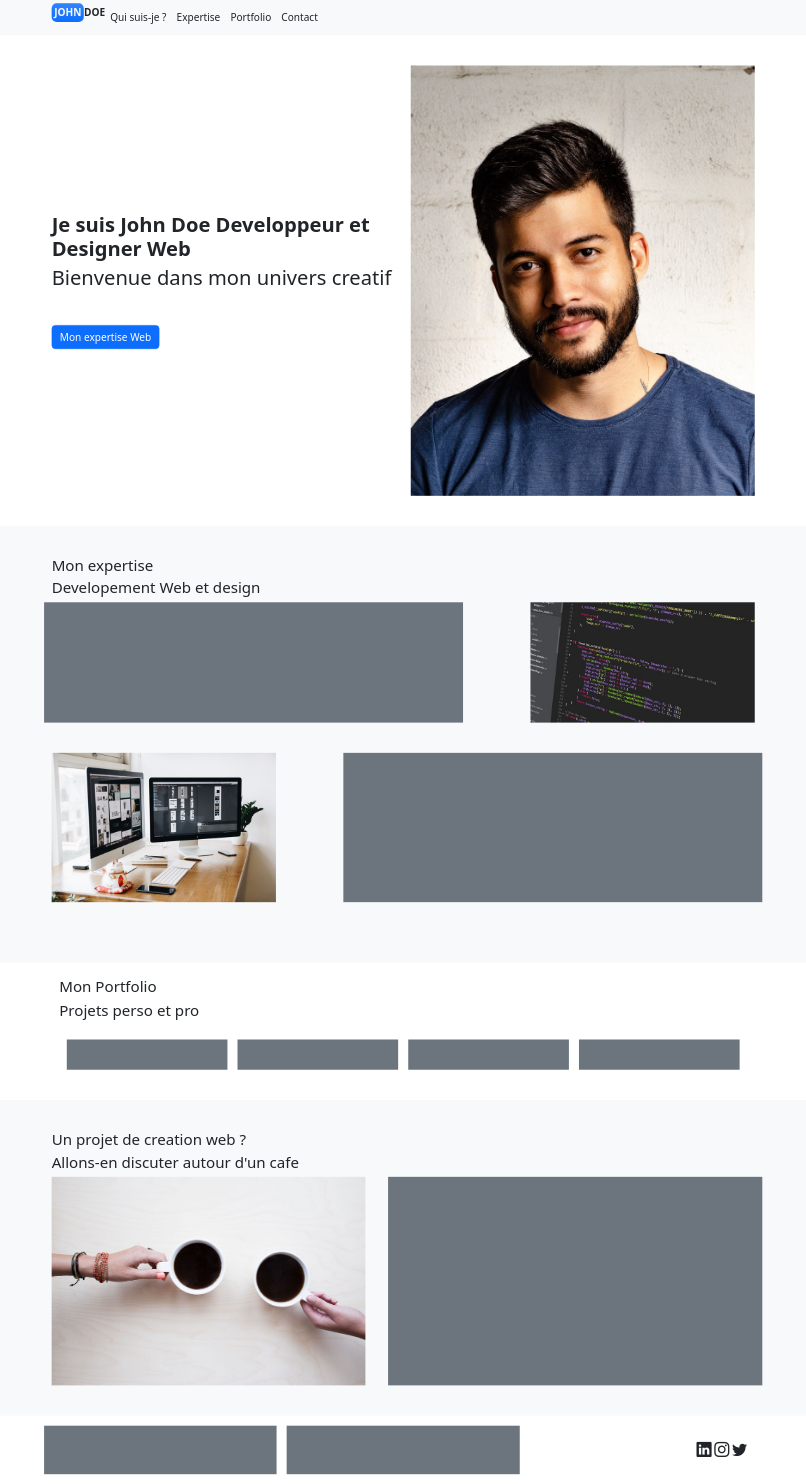
Repository: wadelfadill/Bootstrap_tache_1_portfolio
Page: index.html
The author's editor kept a copy of each file at every save. The page is drawn from the files as they stood at one save, then again after the next save.
The browser window is 1280 px wide. The pictures show the whole page, at 63% of full size.
Some web libraries are served in a nearby version.

Above is the page before, as saved 2023-03-28 12:08:56.

After the next save:
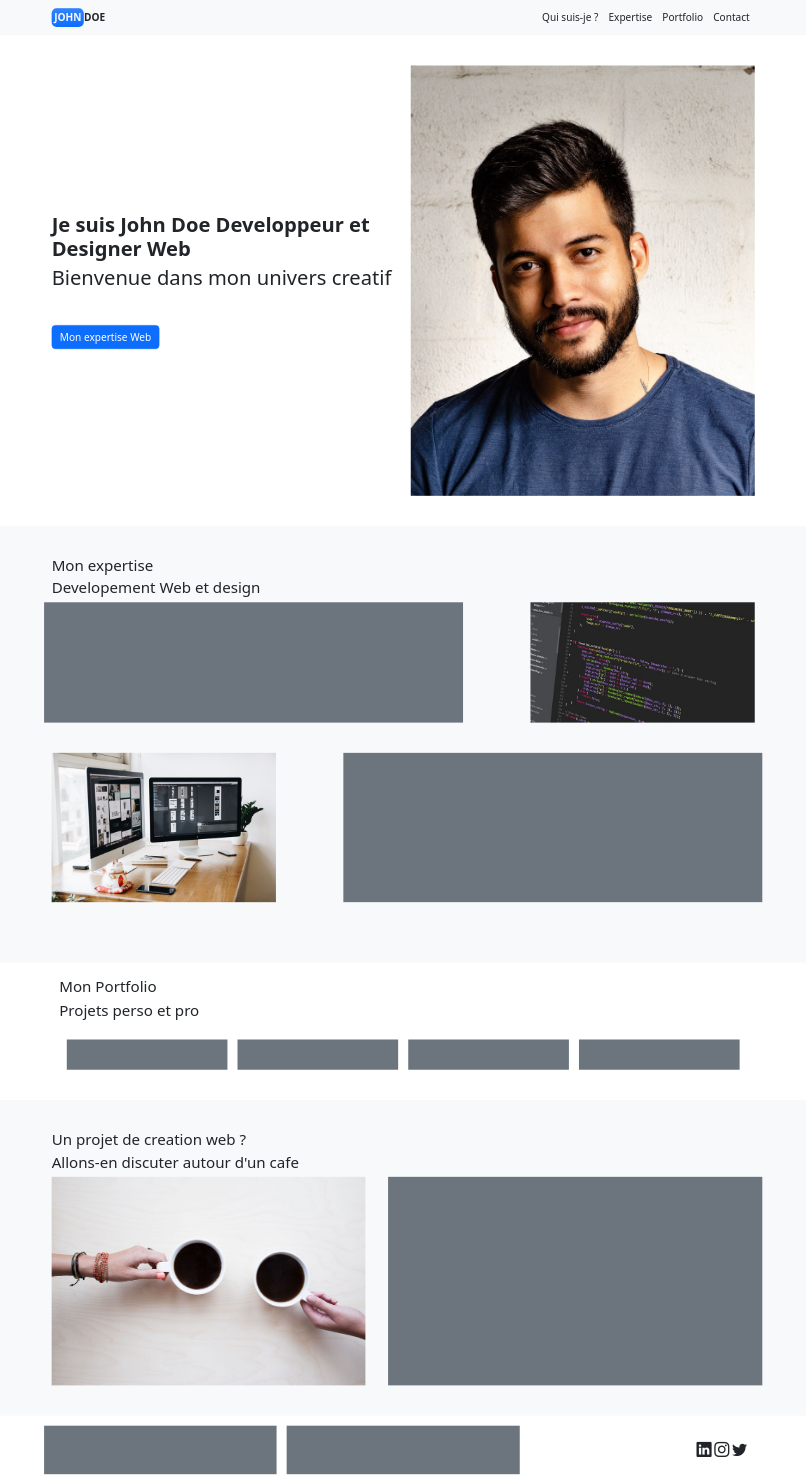
Saved 50 s later.
--- a/index.html
+++ b/index.html
@@ -15,10 +15,10 @@
     <header>
         <nav class="navbar navbar-expand bg-light navbar-light container-fluid">
             <div class="container">
+            <a href="/index.html" class="nav-brand text-uppercase fw-bold link-dark link-underline-opacity-0">
+                    <span class="bg-primary bg-gradient p-1 rounded-3 text-light">JOHN</span>DOE
+            </a>
               <ul class="navbar-nav">
-                <a href="/index.html" class="nav-brand text-uppercase fw-bold link-dark link-underline-opacity-0">
-                    <span class="bg-primary bg-gradient p-1 rounded-3 text-light">JOHN</span>DOE
-                </a>
                 <li class="nav-item active">
                     <a href="#JohnDoe" class="nav-link link-dark link-underline-opacity-0">Qui suis-je ?</a>
                 </li>
